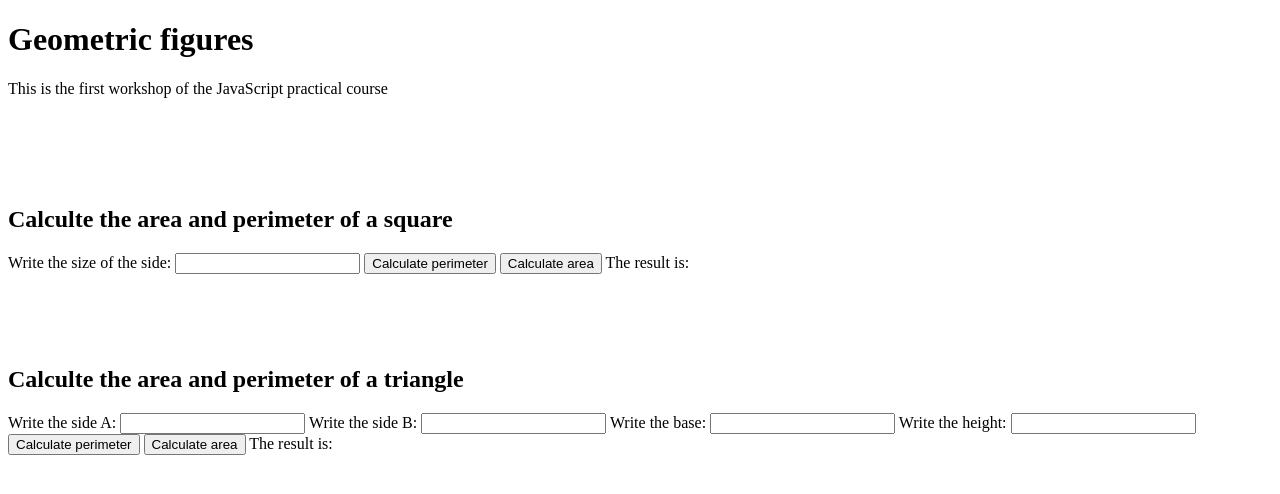
Repository: jangabe/curso-practico-javascript
Page: figures.html
The author's editor kept a copy of each file at every save. The page is drawn from the files as they stood at one save, then again after the next save.
The browser window is 1280 px wide. The pictures show the whole page.

Above is the page before, as saved 2022-06-14 09:36:50.

### figures.html
<!DOCTYPE html>
<html lang="en">
<head>
    <meta charset="UTF-8">
    <meta name="viewport" content="width=device-width, initial-scale=1.0">
    <title>Geometric figures</title>
</head>
<body>
    <header>
        <h1>Geometric figures</h1>
        <p>This is the first workshop of the JavaScript practical course</p>
    </header>
</br>
</br>
</br>
</br>
    <section>
        <h2>Calculte the area and perimeter of a square</h2>
        <form action="">
            <label for="SquareInput">Write the size of the side:</label>
            <input id="SquareInput" type="number">
            <button type="button" onclick="calculatePerimeterSquare()">Calculate perimeter</button>
            <button type="button" onclick="calculateAreaSquare()">Calculate area</button>
            <label for="">The result is: </label> <output id="ResultSquare"></output>
        </form>
    </section>
</br>
</br>
</br>
</br>
    <section>
        <h2>Calculte the area and perimeter of a triangle</h2>
        <form action="">
            <label for="TriangleInputA">Write the side A:</label>
            <input id="TriangleInputA" type="number">
            <label for="TriangleInputB">Write the side B:</label>
            <input id="TriangleInputB" type="number">
            <label for="TriangleInputBase">Write the base:</label>
            <input id="TriangleInputBase" type="number">
            <label for="TriangleInputHeight">Write the height:</label>
            <input id="TriangleInputHeight" type="number">
            <button type="button" onclick="calculatePerimeterTriangle()">Calculate perimeter</button>
            <button type="button" onclick="calculateAreaTriangle()">Calculate area</button>
            <label for="">The result is: </label> <output id="ResultTriangle"></output>
        </form>
    </section>

    <script src="./figures.js"></script>
</body>
</html>

### figures.js
//Code for the square
console.group("square");
//const squareSide = 5;
//console.log('The sides of the square measure: '+ squareSide);

function squarePerimeter(side){
    return side * 4;
}

//console.log('The perimeter of the square is: '+ squarePerimeter(4) +"cm");

function squareArea(side){
    return side * side;
}

//console.log('The area of the square is: '+ squareArea(5)+"cm^2");

console.groupEnd();

//Code for the triangle
/* console.group("triangle");
const triangleSide1 = 6;
const triangleSide2 = 6;
const triangleBase = 4;
console.log('The sides of the triangle measure: '+ triangleSide1+"cm, "+triangleSide2+"cm, "+triangleBase+"cm"); */


function trianglePerimeter(side1, side2, base){
    return Number(side1) + Number(side2) + Number(base);
}
//console.log('The perimeter of the triangle is: '+ trianglePerimeter +"cm");

//const triangleHeight = 5.5;
//console.log('The height of the triangle is: '+triangleHeight+"cm");

function triangleArea(base, height){
    return (base * height)/2;
}
//console.log('The area of the square is: '+ triangleArea+"cm^2");
console.groupEnd();

//Code for the circle
/* console.group("circle");
const circleRadius = 4;
console.log('The radius of the circle measure: '+ circleRadius); */

//const PI = 3.1415;
const PI = Math.PI;
//console.log('The PI value is: '+PI);

function circleDiameter(radius){
    return radius * 2;
}
//console.log('The diameter of the circle is: '+ circleDiameter +"cm");

function circlePerimeter(radius){
    const diameter = circleDiameter(radius);
    return diameter * PI;
}
//console.log('The perimeter of the circle is: '+ circlePerimeter +"cm");

function circleArea(radius){
    return (radius * radius) * PI;
}
//console.log('The area of the circle is: '+ circleArea+"cm^2");

console.groupEnd();


function calculatePerimeterSquare(){
    const SquareInputValue = document.getElementById("SquareInput").value;
    const result = document.getElementById("ResultSquare");
    result.value = squarePerimeter(SquareInputValue);
}

function calculateAreaSquare(){
    const SquareInputValue = document.getElementById("SquareInput").value;
    const result = document.getElementById("ResultSquare");
    result.value = squareArea(SquareInputValue);
}

function calculatePerimeterTriangle(){
    const TriangleInputAValue = document.getElementById("TriangleInputA").value;
    const TriangleInputBValue = document.getElementById("TriangleInputB").value;
    const TriangleInputBaseValue = document.getElementById("TriangleInputBase").value;
    const result = document.getElementById("ResultTriangle");
    result.value = trianglePerimeter(TriangleInputAValue, TriangleInputBValue, TriangleInputBaseValue);
}

function calculateAreaTriangle(){
    const TriangleInputBaseValue = document.getElementById("TriangleInputBase").value;
    const TriangleInputHeightValue = document.getElementById("TriangleInputHeight").value;
    const result = document.getElementById("ResultTriangle");
    result.value = triangleArea(TriangleInputBaseValue, TriangleInputHeightValue);
}

After the next save:
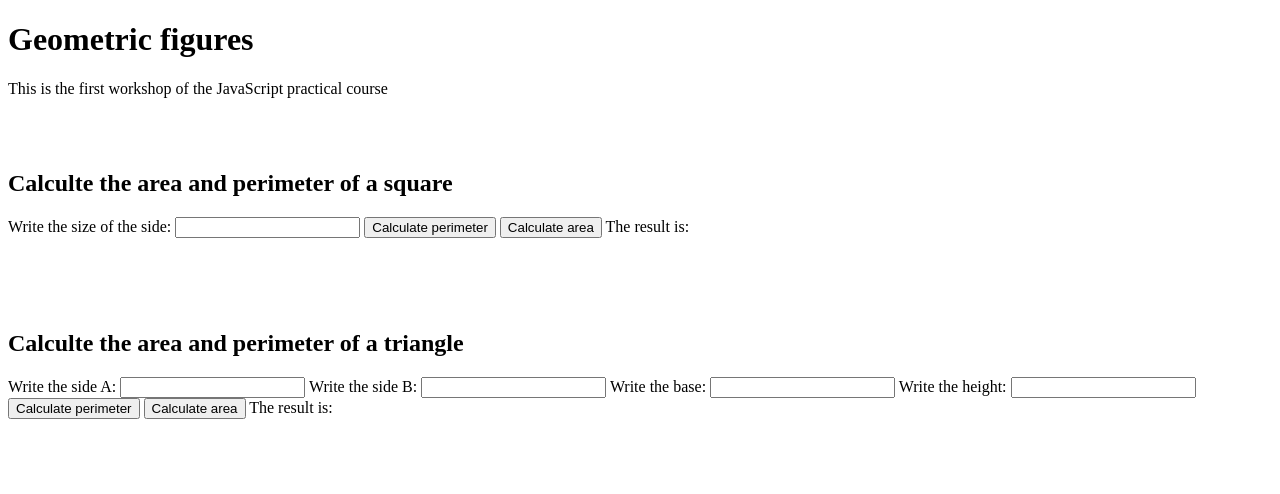
Saved 13 s later.
--- a/figures.html
+++ b/figures.html
@@ -10,8 +10,6 @@
         <h1>Geometric figures</h1>
         <p>This is the first workshop of the JavaScript practical course</p>
     </header>
-</br>
-</br>
 </br>
 </br>
     <section>
